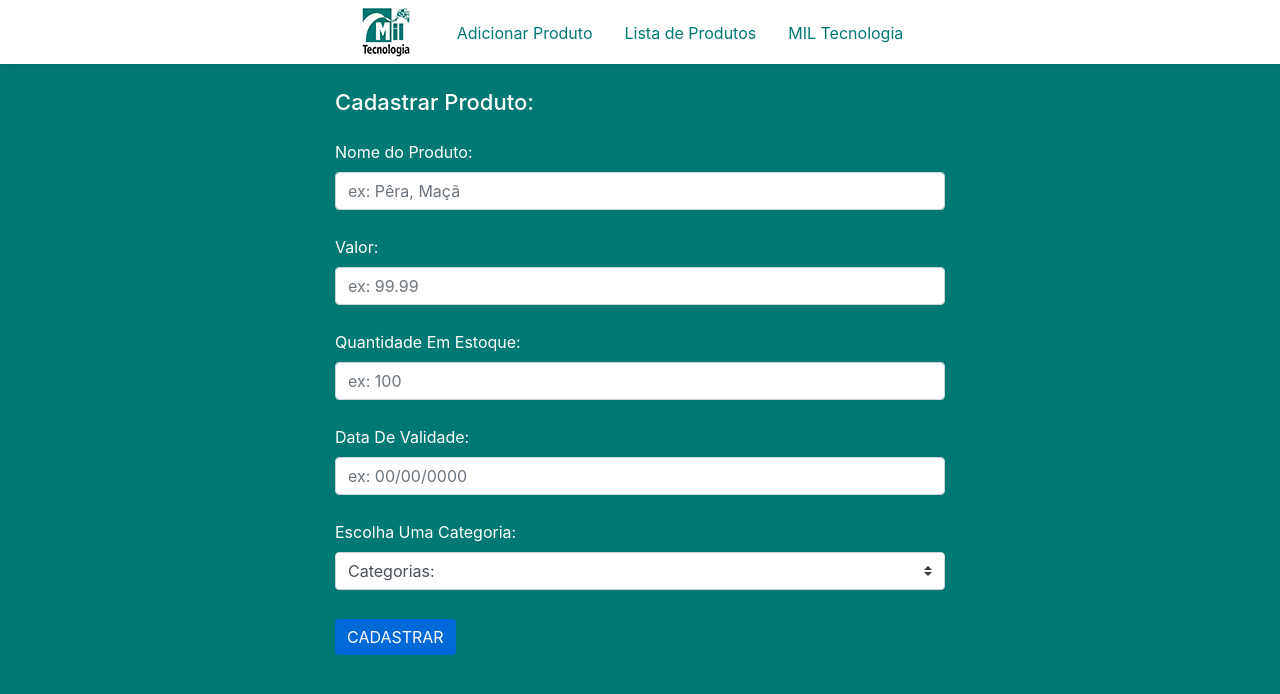
Repository: ricardofelipesilva/sistema
Page: http://localhost/site/controle.jsp
The author's editor kept a copy of each file at every save. The page is drawn from the files as they stood at one save, then again after the next save.
The browser window is 1280 px wide. The pictures show the whole page.
The pointer rests on the first visible `form .btn-primary`.
The page is served by Tomcat 9.

Above is the page before, as saved 2019-07-01 18:12:36.

After the next save:
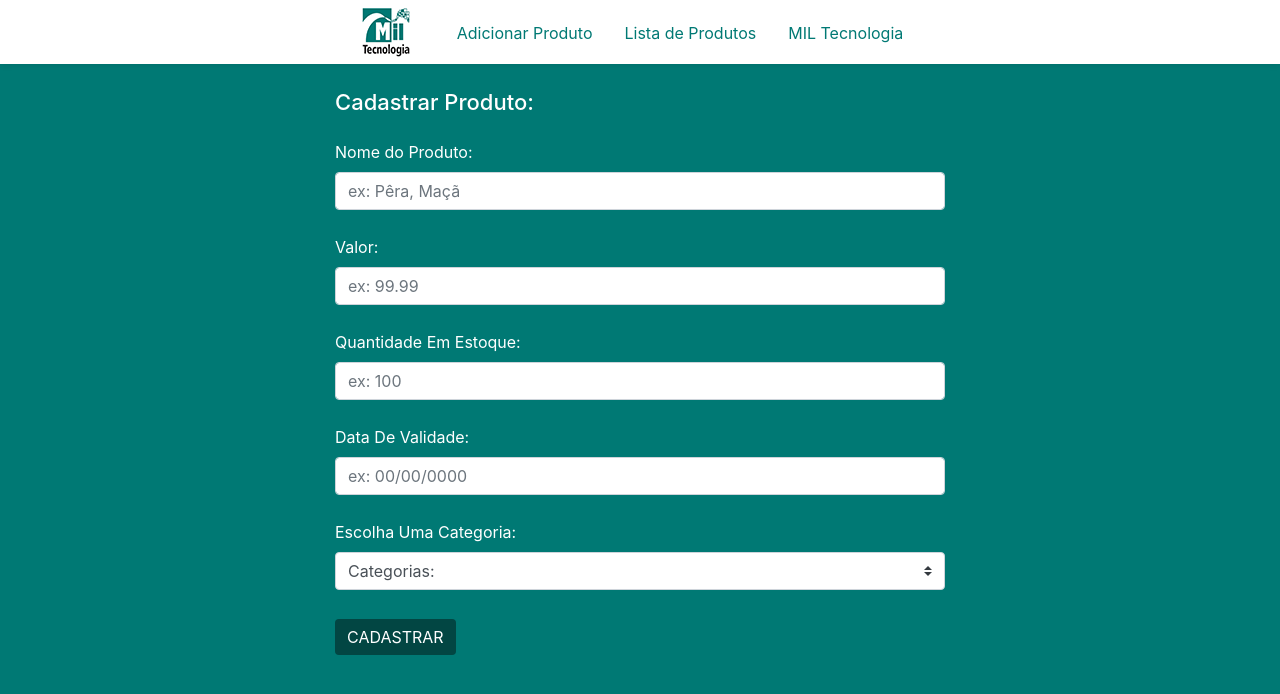
Saved 34 s later.
--- a/site/WebContent/css/style.css
+++ b/site/WebContent/css/style.css
@@ -61,5 +61,5 @@ form .btn-primary{
 
 
 form .btn-primary:hover{
-
+	background:#024643;
 }
